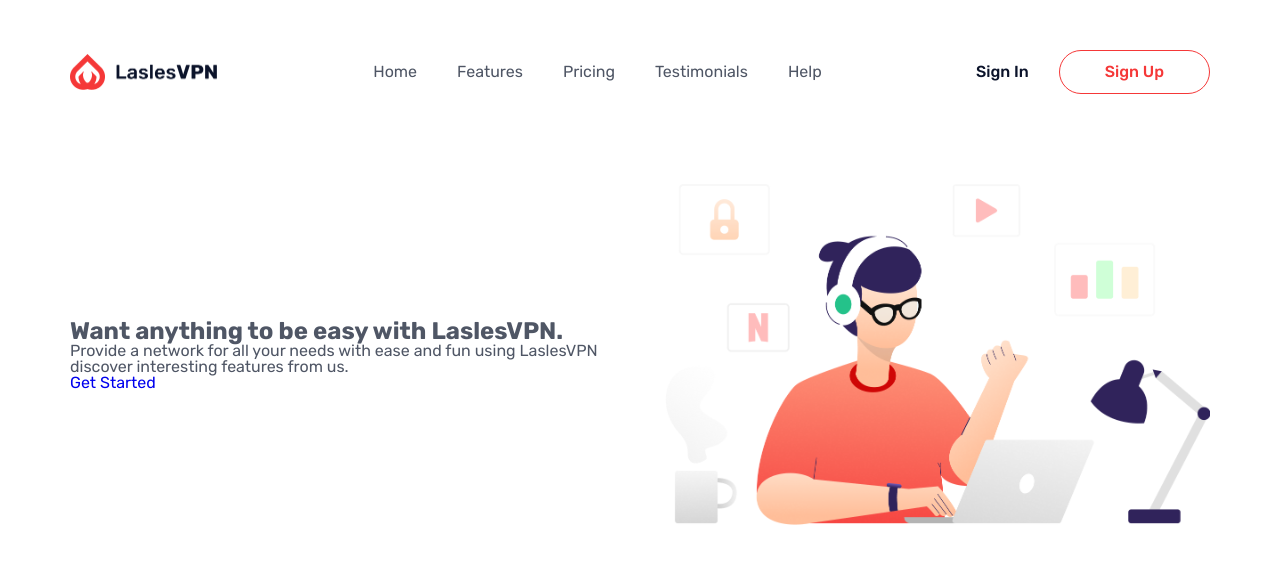
Repository: kebinh1235/lasles-demo
Page: index.html
An editor plug-in stored every save of this project. The page is shown before and after the next save, followed by the edit.
The browser window is 1280 px wide. The pictures show the whole page.
The style sheet was rebuilt from its Sass, Less or Tailwind sources for each picture, by a compiler version that may differ from the author's.

Above is the page before, as saved 2021-10-30 13:22:58.

After the next save:
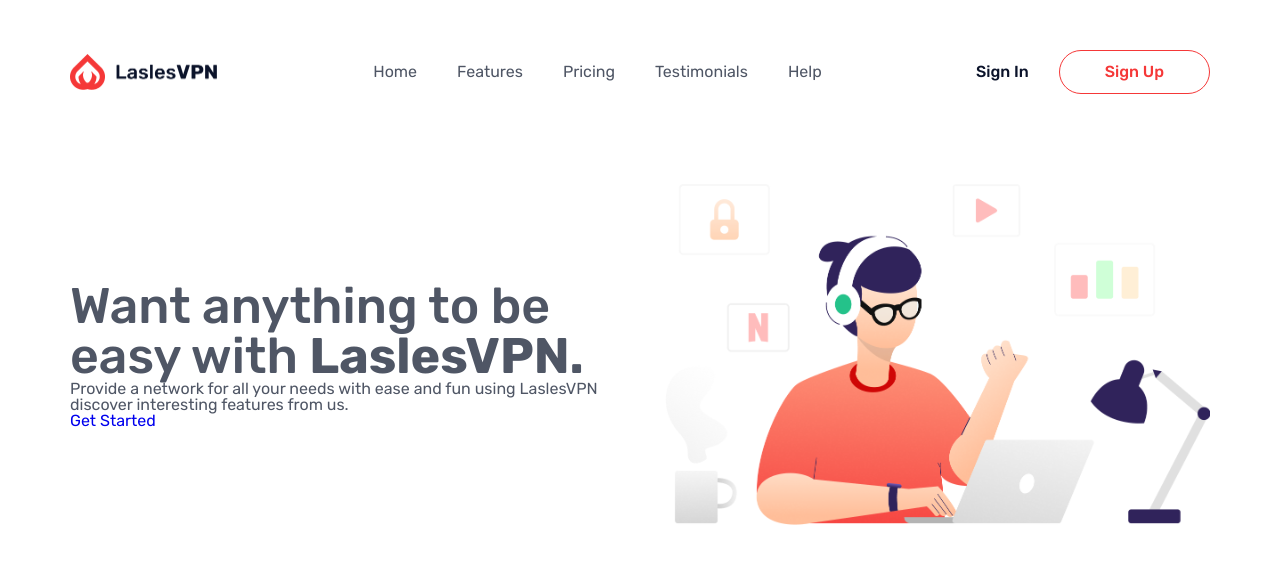
Saved 50 s later.
--- a/sass/_hero.scss
+++ b/sass/_hero.scss
@@ -10,6 +10,10 @@
     width: 100%;
     max-width: 555px;
   }
+  &__title {
+    font-size: 50px;
+    font-weight: 500;
+  }
   &__img {
 
   }
